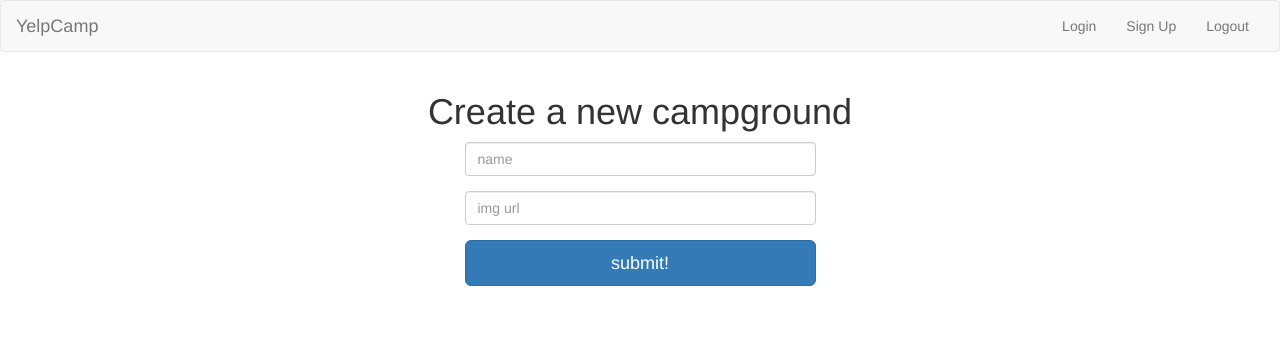
Repository: 19ycy91/myexercise
Page: http://localhost/campgrounds/new
The author's editor kept a record of every edit. The page is drawn from the files as they stood at one moment, then again after the next edit.
The browser window is 1280 px wide. The pictures show the whole page.
The page is served by the project's Node server (YelpCamp/v1/app.js).

Above is the page before.

### 6_Projects_UsingBackEndandRESTfulRoutes/workspace/YelpCamp/v1/views/new.ejs
<% include partials/header %>

<div class="container">
    <div class="row">


        <h1 style="text-align:center">Create a new campground</h1>
        <div style="width: 30%; margin: 0 auto;">


        <form action="/campgrounds" method="POST">
            <div class="form-group">
                <input class="form-control" type = text placeholder="name" name="name">
            </div>
            <div class="form-group">
                <input class="form-control" type = text placeholder = "img url" name = "image">
            </div>
            <div class="form-group">
                <button class="btn btn-lg btn-primary btn-block"> submit! </button>
            </div>
        </form>
        </div>


</div>
</div>
<% include partials/footer %>

### 6_Projects_UsingBackEndandRESTfulRoutes/workspace/YelpCamp/v1/views/partials/header.ejs
<!DOCTYPE html>
<html>
    <head>
        <title> YelpCamp</title>
        <link rel="stylesheet" href="//maxcdn.bootstrapcdn.com/bootstrap/3.3.7/css/bootstrap.min.css" integrity="sha384-BVYiiSIFeK1dGmJRAkycuHAHRg32OmUcww7on3RYdg4Va+PmSTsz/K68vbdEjh4u" crossorigin="anonymous">

    </head>
    <body>

    <nav class="navbar navbar-default">
        <div class="container-fluid">
            <div class="navbar-header">
                <a class="navbar-brand" href="/">YelpCamp</a>
            </div>
            <div class="collapse navbar-collapse">
                <ul class="nav navbar-nav navbar-right">
                    <li><a href="/">Login</a></li>
                    <li><a href="/">Sign Up</a></li>
                    <li><a href="/">Logout</a></li>
                </ul>
            </div>
        </div>
    </nav>

### 6_Projects_UsingBackEndandRESTfulRoutes/workspace/YelpCamp/v1/views/partials/footer.ejs
    <!--<p> trade markkkkkk</p>-->
    </body>


</html>

### 6_Projects_UsingBackEndandRESTfulRoutes/workspace/YelpCamp/v1/app.js
var express = require("express");
var app = express();


// this are for POST routes
var bodyParser = require("body-parser");
app.use(bodyParser.urlencoded({extended:true}));

app.set("view engine", "ejs");
app.get("/", function(req,res){
    res.render("landing");
});


var campgrounds = [
            {name: "Salmon Creek", image:"https://pixabay.com/get/e834b5062cf4033ed1584d05fb1d4e97e07ee3d21cac104491f0c578a2e8b3bb_340.jpg"},
            {name:"Granite Hill", image:"https://pixabay.com/get/e83db40e28fd033ed1584d05fb1d4e97e07ee3d21cac104491f0c578a2e8b3bb_340.jpg"},
            {name: "Mountain Goat's Rest", image:"https://pixabay.com/get/e83db50a2ff5083ed1584d05fb1d4e97e07ee3d21cac104491f0c578a2e8b3bb_340.jpg"},
                        {name: "Salmon Creek", image:"https://pixabay.com/get/e834b5062cf4033ed1584d05fb1d4e97e07ee3d21cac104491f0c578a2e8b3bb_340.jpg"},
            {name:"Granite Hill", image:"https://pixabay.com/get/e83db40e28fd033ed1584d05fb1d4e97e07ee3d21cac104491f0c578a2e8b3bb_340.jpg"},
            {name: "Mountain Goat's Rest", image:"https://pixabay.com/get/e83db50a2ff5083ed1584d05fb1d4e97e07ee3d21cac104491f0c578a2e8b3bb_340.jpg"},
                        {name: "Salmon Creek", image:"https://pixabay.com/get/e834b5062cf4033ed1584d05fb1d4e97e07ee3d21cac104491f0c578a2e8b3bb_340.jpg"},
            {name:"Granite Hill", image:"https://pixabay.com/get/e83db40e28fd033ed1584d05fb1d4e97e07ee3d21cac104491f0c578a2e8b3bb_340.jpg"},
            {name: "Mountain Goat's Rest", image:"https://pixabay.com/get/e83db50a2ff5083ed1584d05fb1d4e97e07ee3d21cac104491f0c578a2e8b3bb_340.jpg"}
        ];




app.get('/campgrounds', function(req,res){

    res.render("campgrounds", {campgrounds:campgrounds});


});

app.post("/campgrounds", function(req,res){
    var name = req.body.name;
    var img = req.body.image;
    campgrounds.push({name:name, image: img});
    res.redirect('/campgrounds');  //why can't i use render?
    // get data from form and add to camground array
    // rediret back to camground oage

});

app.get("/campgrounds/new", function(req,res){
    res.render("new.ejs");
});

app.listen(process.env.PORT, process.env.IP, function(){
    console.log("The YelpCamp server has started");
});

After the next edit:
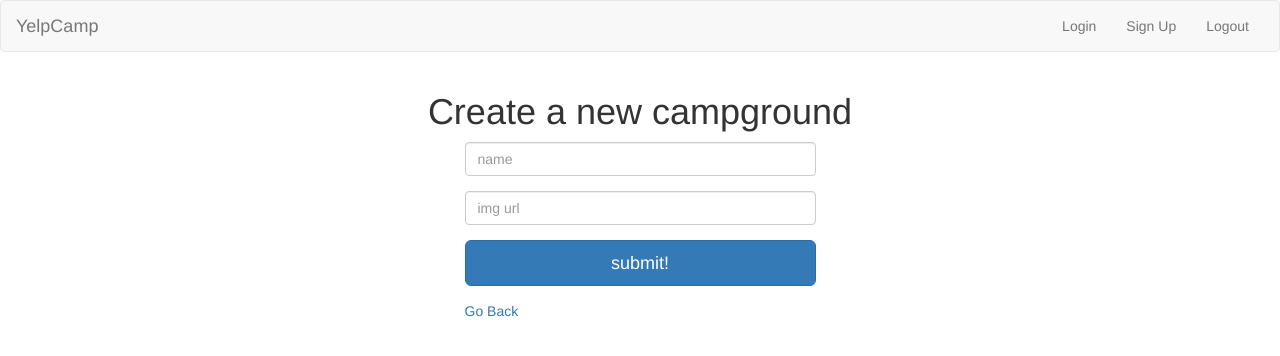
The edit:
--- a/6_Projects_UsingBackEndandRESTfulRoutes/workspace/YelpCamp/v1/views/new.ejs
+++ b/6_Projects_UsingBackEndandRESTfulRoutes/workspace/YelpCamp/v1/views/new.ejs
@@ -8,17 +8,18 @@
         <div style="width: 30%; margin: 0 auto;">
 
 
-        <form action="/campgrounds" method="POST">
-            <div class="form-group">
-                <input class="form-control" type = text placeholder="name" name="name">
-            </div>
-            <div class="form-group">
-                <input class="form-control" type = text placeholder = "img url" name = "image">
-            </div>
-            <div class="form-group">
-                <button class="btn btn-lg btn-primary btn-block"> submit! </button>
-            </div>
-        </form>
+            <form action="/campgrounds" method="POST">
+                <div class="form-group">
+                    <input class="form-control" type = text placeholder="name" name="name">
+                </div>
+                <div class="form-group">
+                    <input class="form-control" type = text placeholder = "img url" name = "image">
+                </div>
+                <div class="form-group">
+                    <button class="btn btn-lg btn-primary btn-block"> submit! </button>
+                </div>
+            </form>
+            <a href="/campgrounds">Go Back</a>
         </div>
 
 
